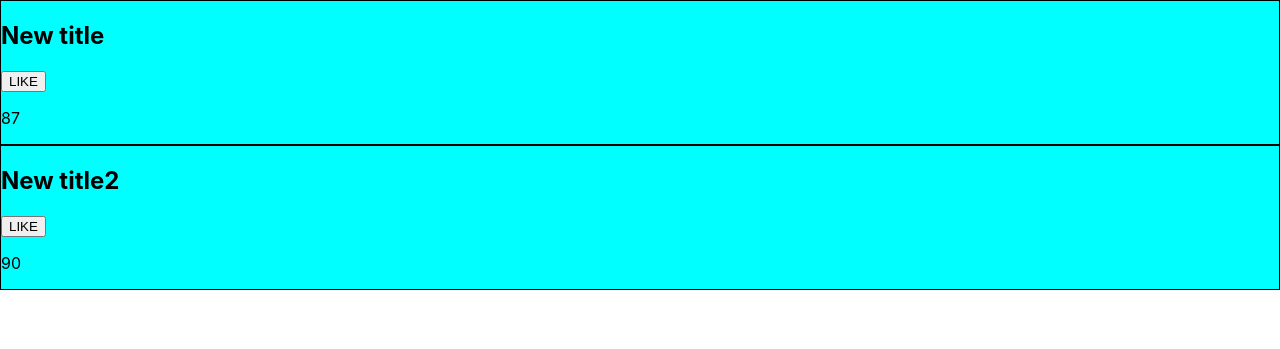
Repository: asapvtec98/egzamin
Page: /
An editor plug-in stored every save of this project. The page is shown before and after a run of saves, followed by the edit.
The browser window is 1280 px wide. The pictures show the whole page.
The project was rebuilt for these pictures with package versions that can differ from the ones it lists, and the page was loaded fresh each time.

Above is the page before, as saved 2023-11-14 09:18:13.

### src/App.js
import React from "react";
import Komentarz from "./components/Comment";
function App() {
  return (
    <div className="App">
      <Komentarz title="New title" likes="87"></Komentarz>
      <Komentarz title="New title2" likes="90"></Komentarz>
    </div>
  )
}

export default App;

### src/components/Comment.js
import React, { useState } from "react";
import "./Comment.css";

function Komentarz(props) {
    const [likes, setLike] = useState(false);
    const [count, setCount] = useState(parseInt(props.likes));
    const [show, setShow] = useState(true);

    const handleLikes = () => {
        if(!likes) {
            setLike(true);
            setCount(count + 1);
        } else {
            setLike(false);
            setCount(count - 1);
        }


    };

    return(
        <div className="comment">
            <h2>{props.title}</h2>
            <button type="button" onClick={() => {
                setShow(!show)
                handleLikes();
            }}>{show === true ? 'LIKE' : 'DISLIKE'}</button>
            <p>{count}</p>
        </div>
    )

}
export default Komentarz;

### src/components/Comment.css
.comment {
    border: 1px solid black;
    background-color:aqua;
}

Loaded but not shown: public/index.html (common file); src/index.js (common file); src/index.css (common file); src/reportWebVitals.js (common file)

After the next 2 saves:
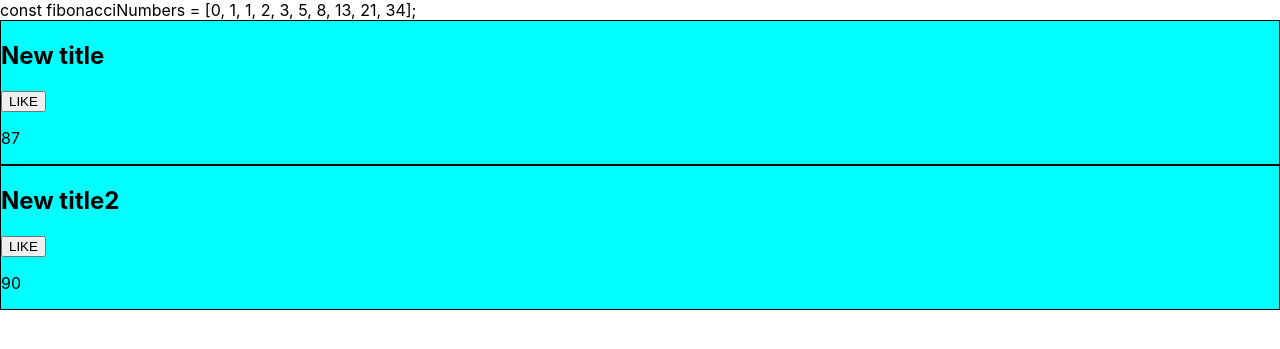
The 2 saves are shown as one change because they came seconds apart.
The last was saved 2 min 33 s later.
--- a/src/App.js
+++ b/src/App.js
@@ -3,6 +3,7 @@
 function App() {
   return (
     <div className="App">
+      const fibonacciNumbers = [0, 1, 1, 2, 3, 5, 8, 13, 21, 34];
       <Komentarz title="New title" likes="87"></Komentarz>
       <Komentarz title="New title2" likes="90"></Komentarz>
     </div>

After the save that followed:
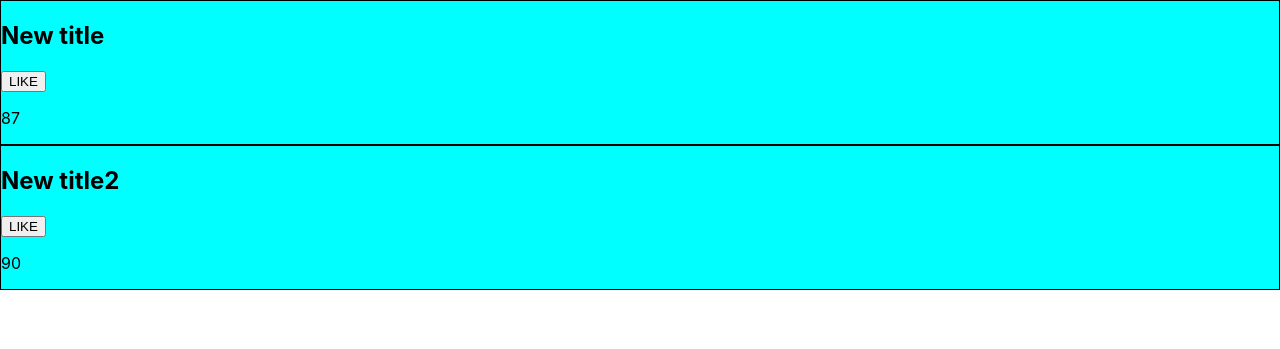
Saved 22 s later.
--- a/src/App.js
+++ b/src/App.js
@@ -3,7 +3,7 @@
 function App() {
   return (
     <div className="App">
-      const fibonacciNumbers = [0, 1, 1, 2, 3, 5, 8, 13, 21, 34];
+
       <Komentarz title="New title" likes="87"></Komentarz>
       <Komentarz title="New title2" likes="90"></Komentarz>
     </div>
